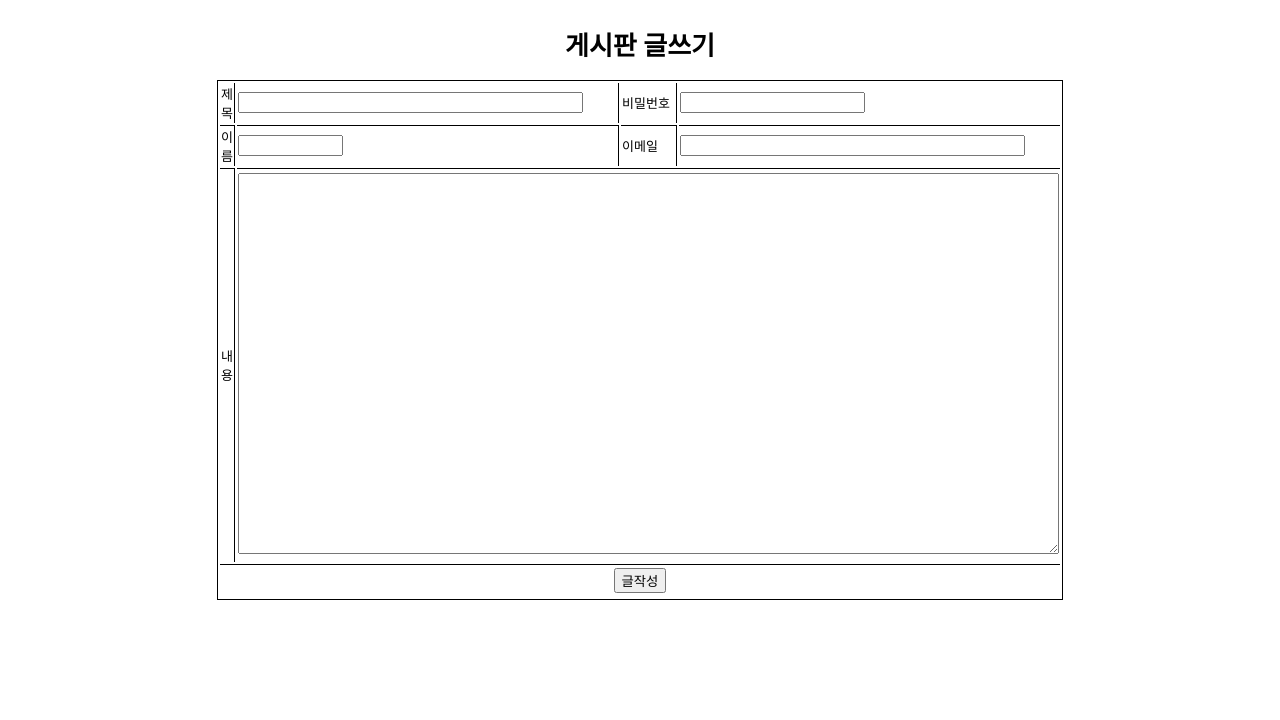
Repository: shbaksa/study
Page: http://localhost/mw_0617/test/write.jsp
These files come from the project's save history. The page is drawn as it stood at one moment and after the next save; the edit follows.
The browser window is 1280 px wide. The pictures show the whole page.
The page is served by Tomcat 9.

Above is the page before, as saved 2022-06-17 05:43:08.

After the next save:
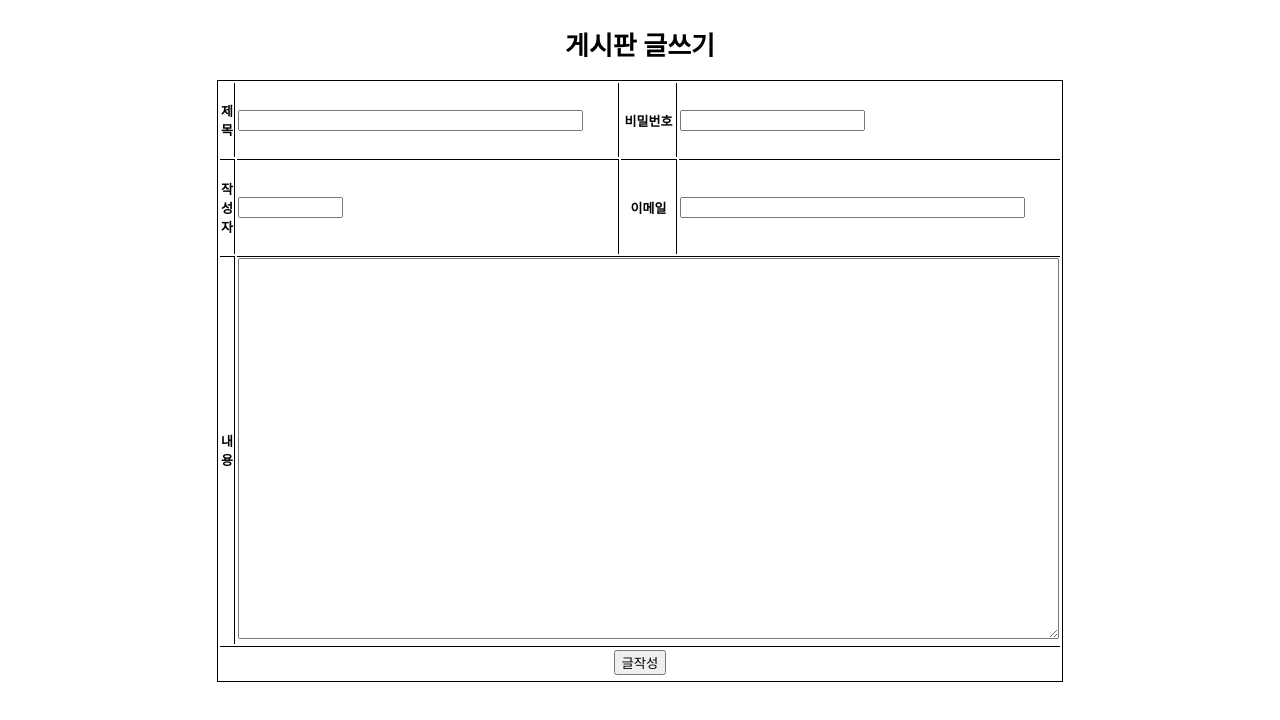
Saved 54 s later.
--- a/mw_0617/src/main/webapp/test/write.jsp
+++ b/mw_0617/src/main/webapp/test/write.jsp
@@ -53,19 +53,19 @@ table {
 	<table width="800" height="520" align="center">
 	<caption><h1>게시판 글쓰기 </h1></caption>
 	<tr> <!-- 4 -->
-	<td style="border-top:none;" width="100" height="30">제목</td>
+	<td style="border-top:none;" width="100" height="30" align="center"><h4>제목</h4></td>
 	<td style="border-top:none;"><input type="text" name="title" size="40" ></td>
-	<td style="border-top:none;">비밀번호</td>
+	<td style="border-top:none;" align="center"><h4>비밀번호</h4></td>
 	<td style="border-top:none;"><input type="password" name="pwd"></td>
 	</tr>
 	<tr> <!-- 4 -->
-	<td height="30">이름</td>
+	<td height="30" align="center"><h4>작성자</h4></td>
 	<td><input type="text" name="name" size="10"> </td>
-	<td>이메일</td>
+	<td align="center"><h4>이메일</h4></td>
 	<td><input type="text" name="mail" size="40"> </td>
 	</tr>
 	<tr> <!-- 2 -->
-	<td>내용</td>
+	<td align="center"><h4>내용</h4></td>
 	<td colspan="3"><textarea cols="100" rows="25" name="content"> </textarea></td>
 	</tr>
 	<tr> <!-- 1 -->
